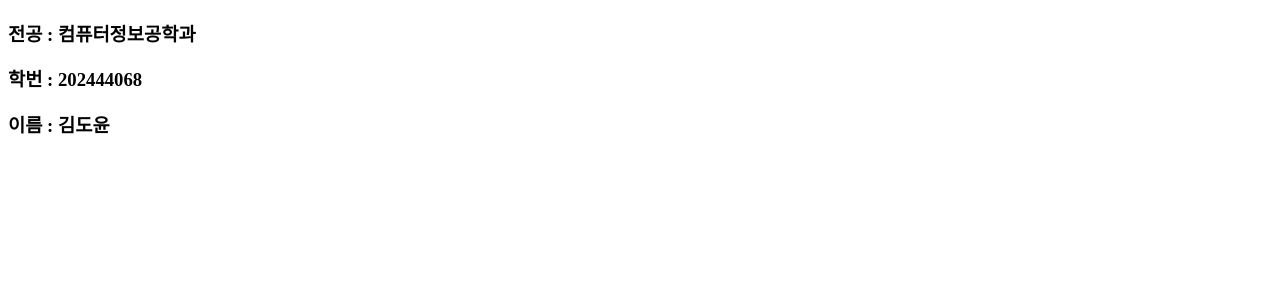
Repository: douni05/2025_JSP
Page: week1/src/main/webapp/202444068_김도윤.html
The author's editor kept a copy of each file at every save. The page is drawn from the files as they stood at one save, then again after the next save.
The browser window is 1280 px wide. The pictures show the whole page.

Above is the page before, as saved 2025-08-28 03:55:35.

After the next save:
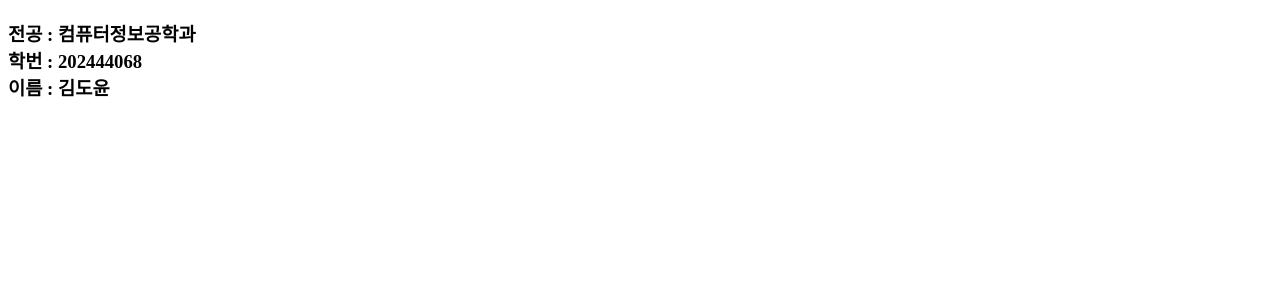
Saved 3 min 21 s later.
--- a/week1/src/main/webapp/202444068_김도윤.html
+++ b/week1/src/main/webapp/202444068_김도윤.html
@@ -5,8 +5,8 @@
 <title>Insert title here</title>
 </head>
 <body>
-	<h3>전공 : 컴퓨터정보공학과</h3>
-	<h3>학번 : 202444068</h3>
-	<h3>이름 : 김도윤</h3>
+	<h3>전공 : 컴퓨터정보공학과<br>
+	학번 : 202444068<br>
+	이름 : 김도윤</h3>
 </body>
 </html>
